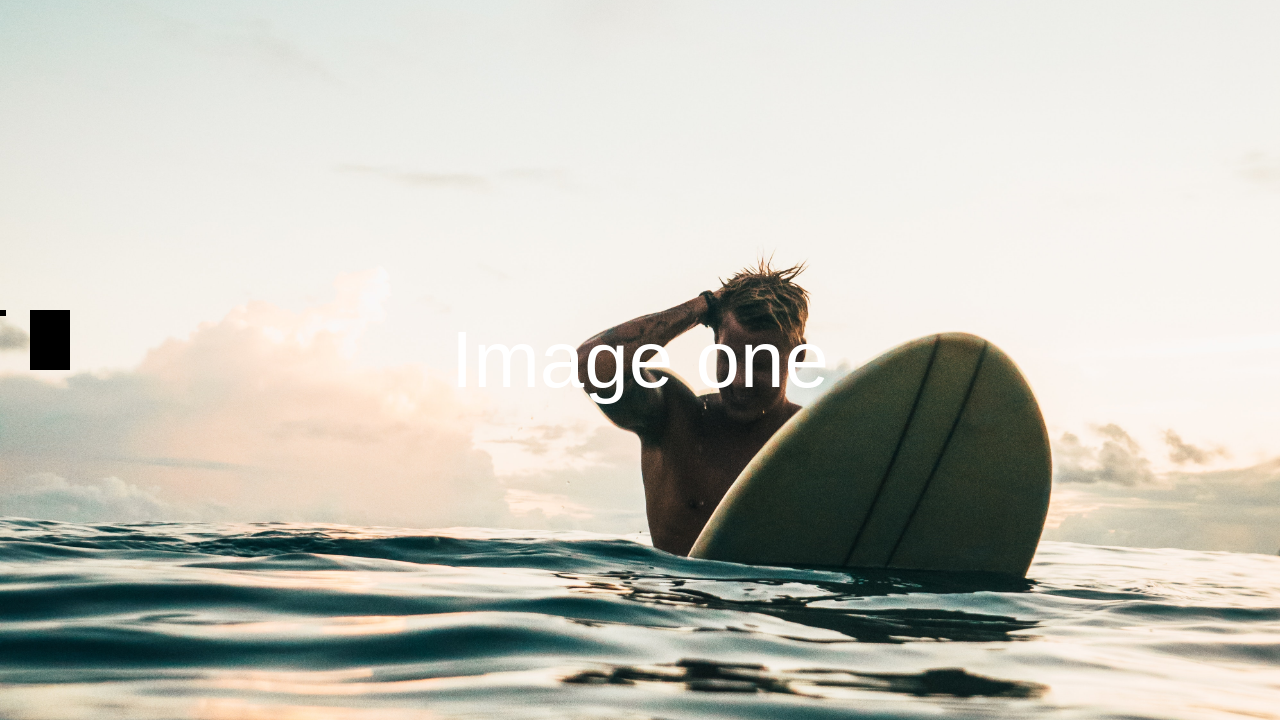
Repository: rahil001/preparation
Page: javascriptPrac/carousal/index.html
An editor plug-in stored every save of this project. The page is shown before and after the next save, followed by the edit.
The browser window is 1280 px wide. The pictures show the whole page.
An inner scrolling area shows only its first screen.

Above is the page before, as saved 2019-10-08 12:14:46.

After the next save:
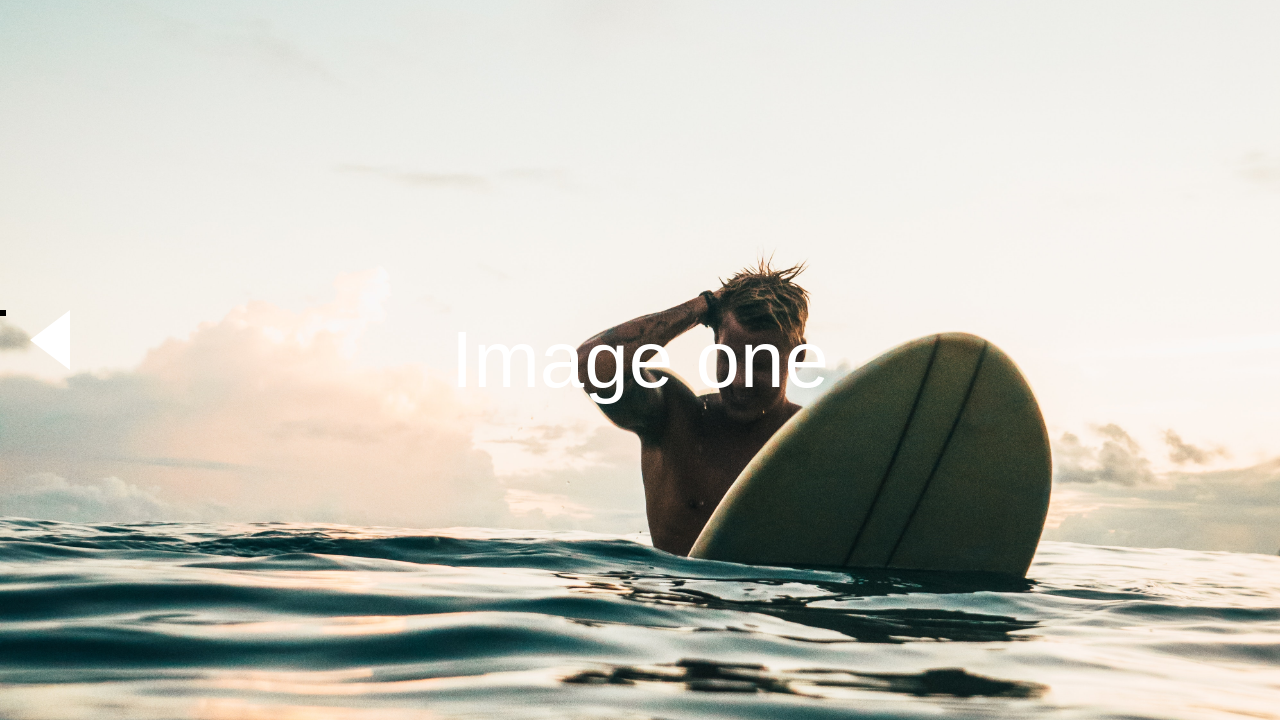
Saved 29 s later.
--- a/javascriptPrac/carousal/index.css
+++ b/javascriptPrac/carousal/index.css
@@ -53,6 +53,7 @@ body, #slider, .wrap, .slide-content {
 
 #arrow-left {
     border-width: 30px 40px 30px 0;
+    border-color: transparent #fff transparent transparent;
     left: 0;
     margin-left: 30px;
 }
